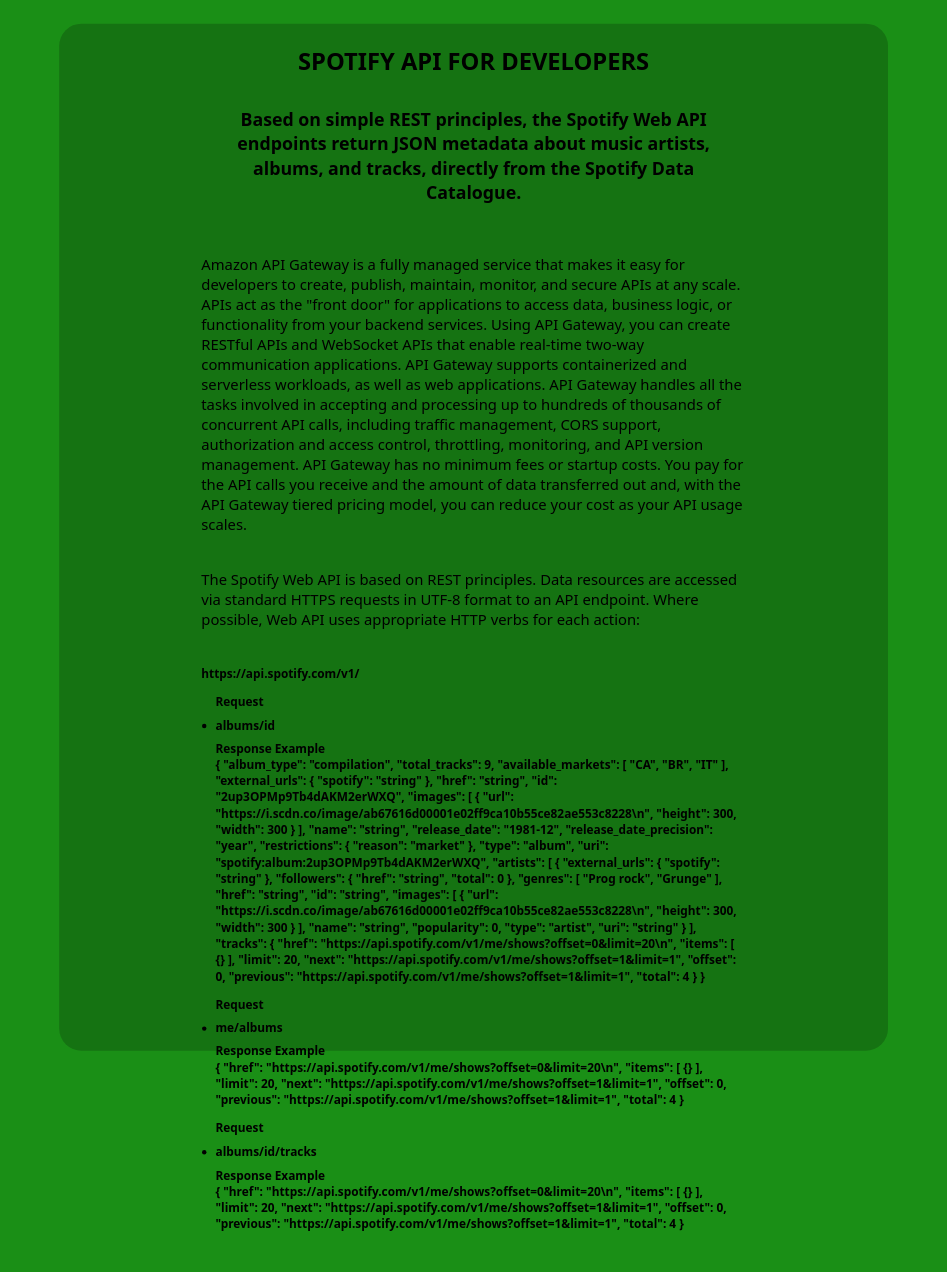
Repository: eliasihai/dizza-html-project
Page: index.html
These files come from the project's save history. The page is drawn as it stood at one moment and after the next save; the edit follows.
The browser window is 1280 px wide. The pictures show the whole page, at 74% of full size.

Above is the page before, as saved 2022-01-28 00:16:56.

After the next save:
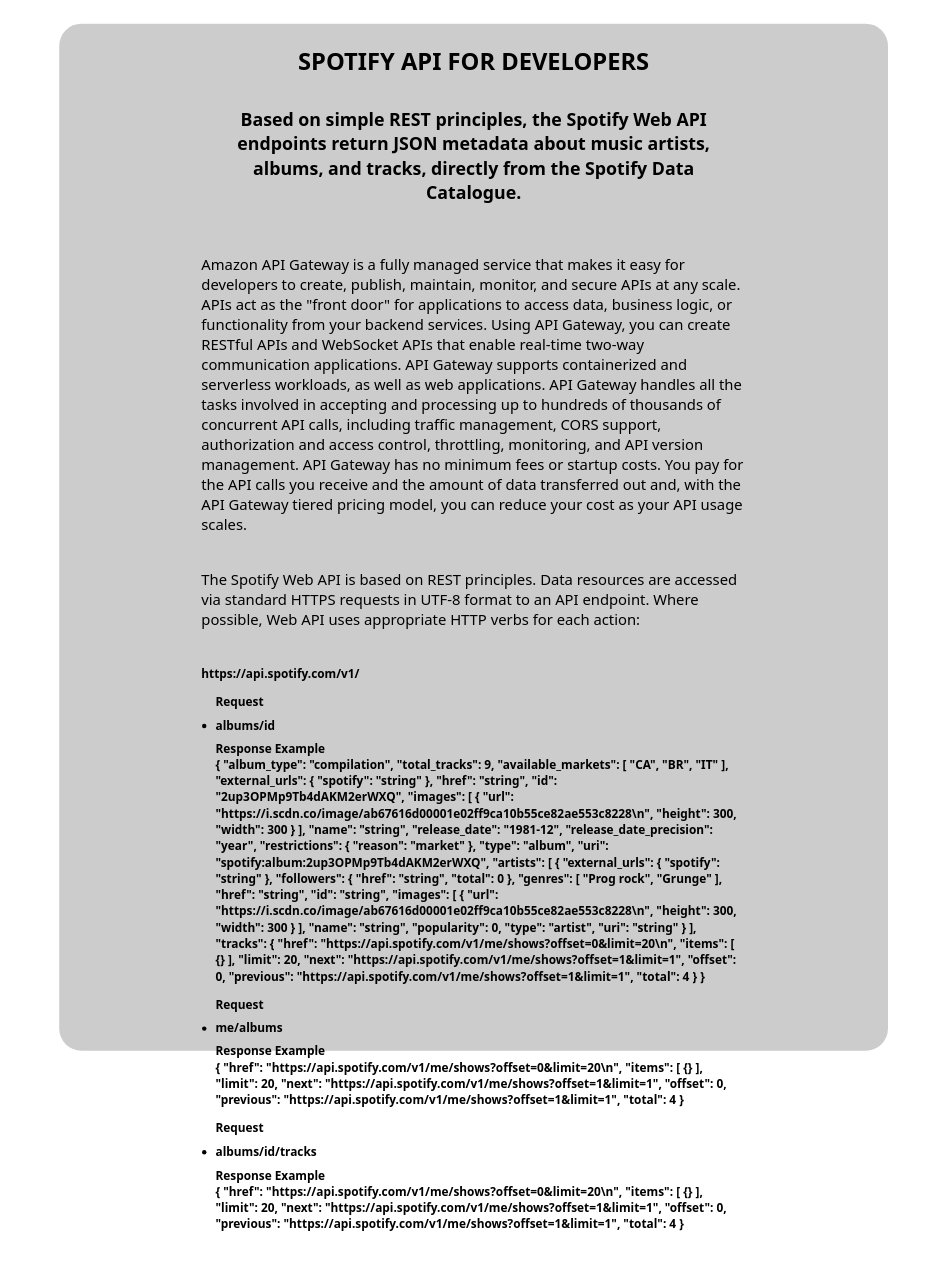
Saved 9 s later.
--- a/style.css
+++ b/style.css
@@ -13,7 +13,7 @@
   margin: 0;
   font-family: "Source Serif 4", sans-serif;
 
-  background-color: rgba(26, 143, 22);
+  /* background-color: rgba(26, 143, 22); */
 }
 .container {
   height: 80%;
